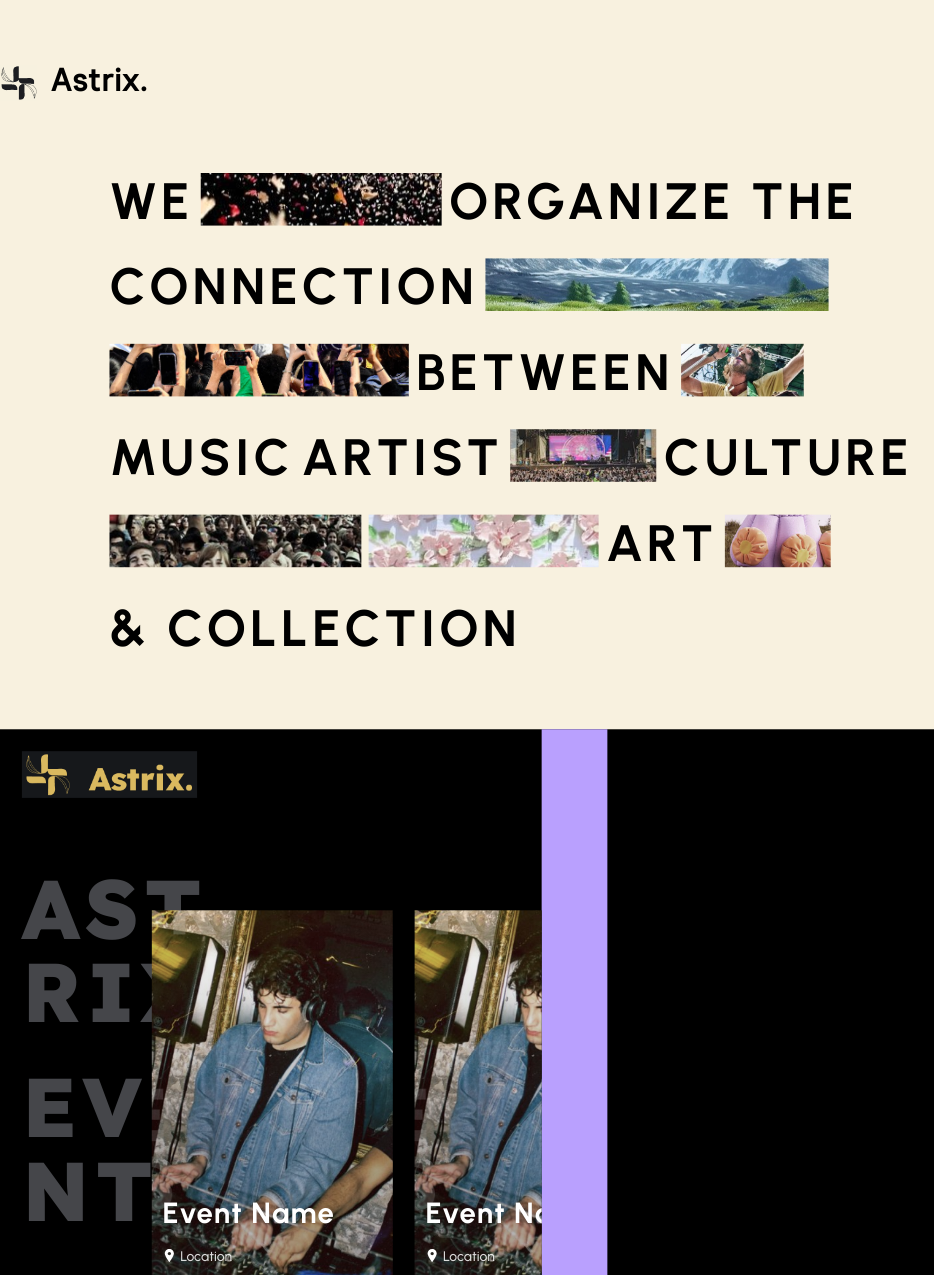
Repository: sharma171/astrix
Page: /
An editor plug-in stored every save of this project. The page is shown before and after a run of saves, followed by the edit.
The browser window is 1280 px wide. The pictures show the whole page, at 73% of full size.
The project was rebuilt for these pictures with package versions that can differ from the ones it lists, and the page was loaded fresh each time.

Above is the page before, as saved 2024-05-20 14:58:43.

After the next 2 saves:
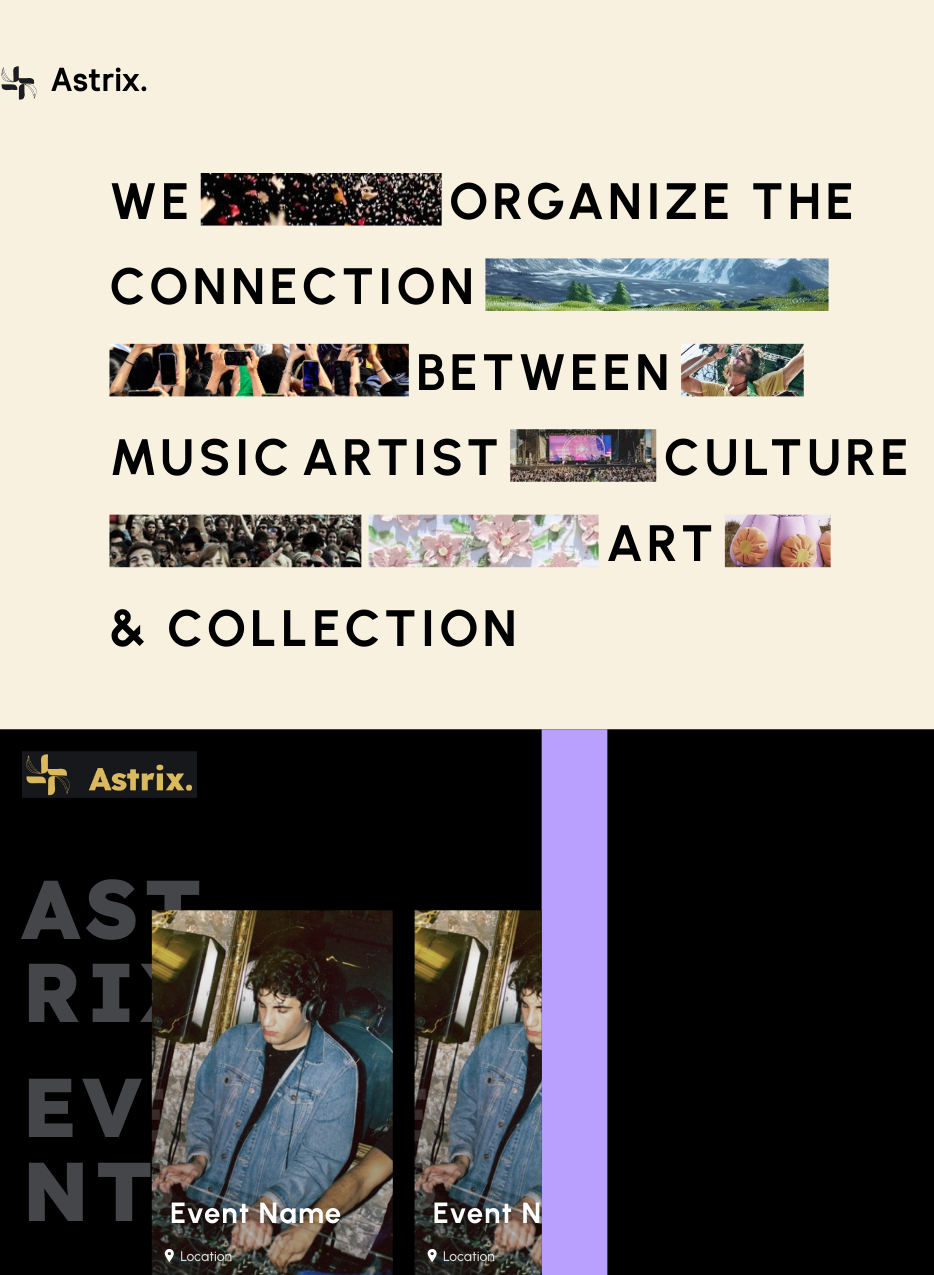
The 2 saves are shown as one change because they came seconds apart.
The last was saved 7 s later.
--- a/src/component/home.css
+++ b/src/component/home.css
@@ -97,7 +97,7 @@
     font-size: 40px;
     font-weight: 700;
     line-height: 1;
-    margin: 15px 25px 30px 15px;
+    margin: 25px 25px 30px 25px;
     letter-spacing: 1.7px;
 }
 .homesection .car-col .carousel-inner .carousel-box .car-item .overlay .location {
